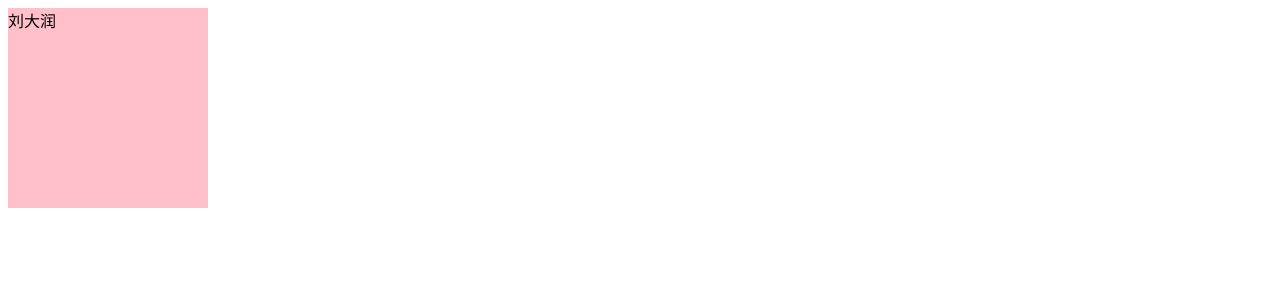
Repository: szl156/class
Page: review/javascript/test/test.html
These files come from the project's save history. The page is drawn as it stood at one moment and after the next save; the edit follows.
The browser window is 1280 px wide. The pictures show the whole page.

Above is the page before, as saved 2022-07-25 21:52:42.

### review/javascript/test/test.html
<!DOCTYPE html>
<html lang="en">

<head>
    <meta charset="UTF-8">
    <meta http-equiv="X-UA-Compatible" content="IE=edge">
    <meta name="viewport" content="width=device-width, initial-scale=1.0">
    <title>Document</title>
    <style>
        div {
            width: 200px;
            height: 200px;
            background-color: pink;
        }
    </style>
</head>

<body>
    <div>
        刘大润
    </div>
</body>

</html>

After the next save:
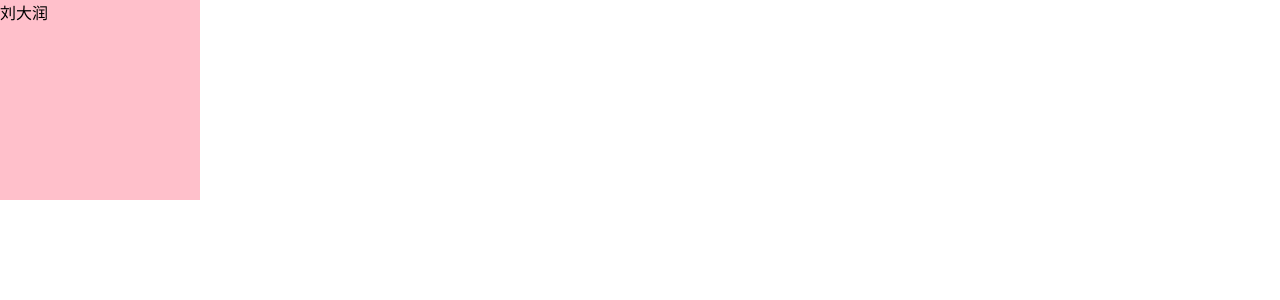
Saved 2 min 48 s later.
--- a/review/javascript/test/test.html
+++ b/review/javascript/test/test.html
@@ -8,6 +8,9 @@
     <title>Document</title>
     <style>
         div {
+            position: absolute;
+            top: 0;
+            left: 0;
             width: 200px;
             height: 200px;
             background-color: pink;
@@ -16,9 +19,26 @@
 </head>
 
 <body>
+    <button>move</button>
     <div>
         刘大润
     </div>
+    <script>
+        let btn = document.querySelector('button')
+
+        function animate(obj, target) {
+            obj.timer = setInterval(function() {
+                let step = (target - obj.offsetLeft) / 10
+                if (obj.offsetLeft >= target) {
+                    clearInterval(obj.timer)
+                }
+                obj.style.left = obj.offsetLeft + step + 'px'
+            })
+        }
+        btn.addEventListener('click', function() {
+
+        })
+    </script>
 </body>
 
 </html>
